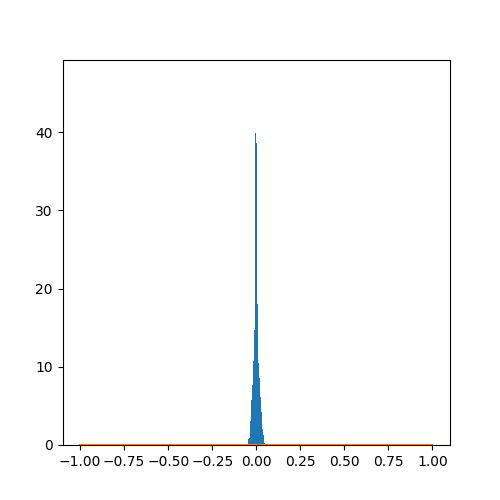
Repository: nishimuraHikar/PythonShowGraph
Script's output: python main.py
The author's editor kept a copy of each file at every save. The script's output is drawn from the files as they stood at one save, then again after the next save.
Random numbers start from a fixed seed.

Above is the script's output before, as saved 2022-03-03 02:11:35.

### main.py
from time import time
import graph
import numpy as np

datafile = 'predict.csv'

timedata = graph.ReadColumn(datafile,0)
forcedatax = graph.ReadColumn(datafile, 1)
predictdatax = graph.ReadColumn(datafile, 2)
forcedatay = graph.ReadColumn(datafile, 3)
predictdatay = graph.ReadColumn(datafile, 4)

# graph.graph_1data(timedata, rawdata, "Raw Data")
# graph.graph_2data(timedata, rawdata, predictdata, "Raw Data", "Predict Data")
# graph.multiplot_2and1(timedata, forcedatax, predictdatax, forcedatay,predictdatay, "Actual X", "Predict X", "Actual Y", "Predict Y")
graph.histgram(forcedatax-predictdatax, 50, 10)

### graph.py
import numpy as np
import matplotlib.pyplot as plt
import pandas as pd
from scipy.stats import norm

def ReadColumn(csv, line_num): #csvと列番号を指定
    #csvからndarray型に変換
    csvdata = pd.read_csv(csv, header=0, usecols=[line_num])
    # csvから読んだデータをnumpyの行列に入れる
    array = csvdata.values
    return array

# グラフ表示
# 1つのグラフ
def graph_1data(x_data, y_data, labelname):
    plt.rcParams['font.family'] = 'Times New Roman'
    plt.rcParams["xtick.direction"] = "in"
    plt.rcParams["ytick.direction"] = "in"
    plt.rcParams["xtick.major.width"] = 1.5
    plt.rcParams["ytick.major.width"] = 1.5
    plt.rcParams["font.size"] = 14
    plt.rcParams["axes.linewidth"] = 1.5

    plt.plot(x_data, y_data, c="darkorange", label=labelname)
    np.linspace(min(x_data), max(x_data), 100)
    # plt.ylim(-1.55, 1.55)
    # plt.ylim(min(y_data), max(y_data))
    plt.xlabel("Time[sec]", fontname = 'Times New Roman')
    plt.ylabel("Force[N]", fontname = 'Times New Roman')
    plt.legend()
    # plt.savefig('NNresult.png') #PNGファイル生成
    plt.show()


# 2つのグラフ
def graph_2data(x_data, y1_data, y2_data, labelname1, labelname2):
    plt.rcParams['font.family'] = 'Times New Roman'
    plt.rcParams["xtick.direction"] = "in"
    plt.rcParams["ytick.direction"] = "in"
    plt.rcParams["xtick.major.width"] = 1.5
    plt.rcParams["ytick.major.width"] = 1.5
    plt.rcParams["font.size"] = 14
    plt.rcParams["axes.linewidth"] = 1.5

    plt.plot(x_data, y1_data, c="darkorange", label=labelname1)
    plt.plot(x_data, y2_data, c="blue", label=labelname2)
    np.linspace(min(x_data), max(x_data), 100)
    # plt.ylim(-0.01, 0.01)
    # plt.ylim(min(y_data), max(y_data))
    plt.xlabel("Time[sec]", fontname = 'Times New Roman')
    plt.ylabel("Force[N]", fontname = 'Times New Roman')
    plt.legend()
# <<<<<<< HEAD
#     plt.savefig('NNresult.png') #PNGファイル生成
#     plt.show()

# マルチプロット2行1列
def multiplot_2and1(x_data, y_data1a, y_data1b, y_data2a, y_data2b, labelname1, labelname2, labelname3, labelname4):
    plt.rcParams['font.family'] = 'Times New Roman'
    plt.rcParams["xtick.direction"] = "in"
    plt.rcParams["ytick.direction"] = "in"
    plt.rcParams["xtick.major.width"] = 1.5
    plt.rcParams["ytick.major.width"] = 1.5
    plt.rcParams["font.size"] = 16
    plt.rcParams["axes.linewidth"] = 1.5

    plt.figure(figsize=[9, 7])
    # ax1 = fig.add_subplot(2, 1, 1)
    # ax2 = fig.add_subplot(2, 1, 2)

    plt.subplot(211)
    plt.plot(x_data, y_data1a, c="darkorange", label=labelname1)
    plt.plot(x_data, y_data1b, c="blue", label=labelname2)
    plt.ylabel("Force[N]", fontname = 'Times New Roman')
    plt.xlim(0, 60)
    plt.ylim(-0.1, 0.2)
    plt.axvspan(40, 60, color="gray", alpha=0.3)
    plt.legend(loc = 'upper left')

    plt.subplot(212)
    plt.plot(x_data, y_data2a, c="darkorange", label=labelname3)
    plt.plot(x_data, y_data2b, c="blue", label=labelname4)
    plt.ylabel("Force[N]", fontname = 'Times New Roman')
    plt.xlim(0, 60)
    plt.ylim(-0.1, 0.2)

    np.linspace(min(x_data), max(x_data), 100)
    plt.xlabel("Time[sec]", fontname = 'Times New Roman')
    plt.axvspan(40, 60, color="gray", alpha=0.3)
    plt.legend(loc = 'upper left')

    plt.tight_layout()
    plt.savefig("result.pdf")
    plt.show()

# ヒストグラム
def histgram(data, binsnum, scale):
    fig = plt.figure(figsize = [5,5])
    ax = fig.add_subplot(111)
    ax.hist(data, bins = binsnum, density = True)
    X = np.linspace(-1.0, 1.0, 100)
    Y = norm.pdf(X, loc=0, scale=scale)
    ax.plot(X, Y, c="darkorange")
    plt.show()

Loaded but not shown: predict.csv (59902 lines, source omitted)

After the next save:
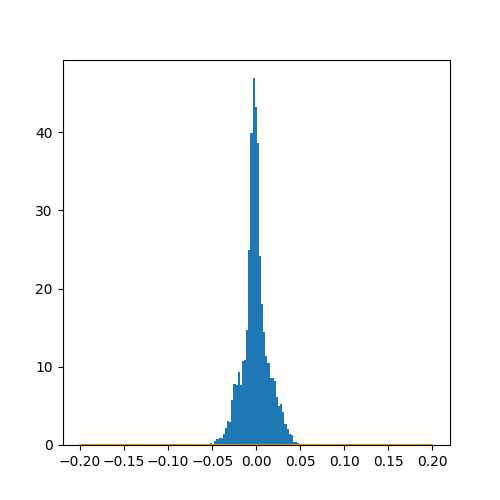
Saved 14 s later.
--- a/graph.py
+++ b/graph.py
@@ -98,7 +98,7 @@ def histgram(data, binsnum, scale):
     fig = plt.figure(figsize = [5,5])
     ax = fig.add_subplot(111)
     ax.hist(data, bins = binsnum, density = True)
-    X = np.linspace(-1.0, 1.0, 100)
+    X = np.linspace(-0.2, 0.2, 100)
     Y = norm.pdf(X, loc=0, scale=scale)
     ax.plot(X, Y, c="darkorange")
     plt.show()
